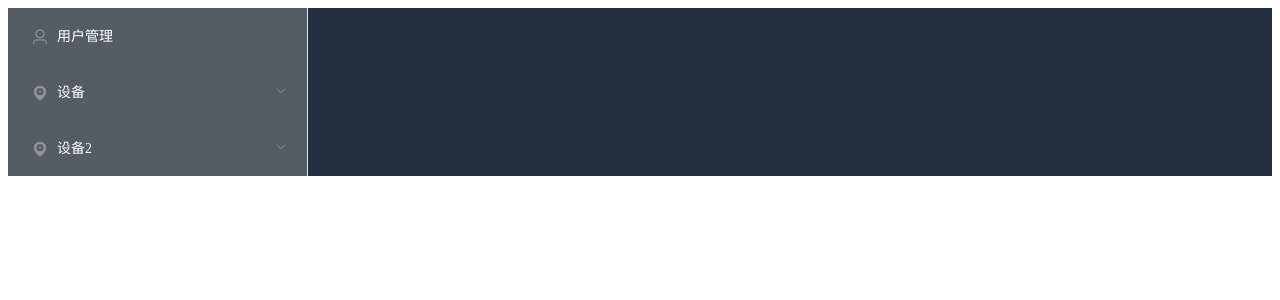
Repository: LtheW/library-management
Page: /
An editor plug-in stored every save of this project. The page is shown before and after the next save, followed by the edit.
The browser window is 1280 px wide. The pictures show the whole page.
The project was rebuilt for these pictures with package versions that can differ from the ones it lists, and the page was loaded fresh each time. Also part of the build but not shown: src/components/HelloWorld.vue, src/views/Home.vue.

Above is the page before, as saved 2022-05-27 15:35:06.

### src/main.js
import Vue from 'vue'
import App from './App.vue'
import router from './router'
import store from './store'
import ElementUI from 'element-ui';
import 'element-ui/lib/theme-chalk/index.css';
Vue.use(ElementUI);

Vue.config.productionTip = false

new Vue({
  router,
  store,
  render: h => h(App)
}).$mount('#app')

### src/App.vue
<template>
  <div id="app">
    <router-view/>
  </div>
</template>

<script>
export default {
  name: 'App'
}
</script>

<style>
body .el-table th.gutter{
    display: table-cell!important;
}

body .el-table colgroup.gutter{
    display: table-cell!important;
}
</style>

### src/router/index.js
import Vue from 'vue'
import VueRouter from 'vue-router'
import Home from '../views/Home.vue'
import Main from '../views/Main.vue'

Vue.use(VueRouter)

const routes = [
  {
    path: '/',
    name: 'Main',
    component: () => import('@/views/Main')
  },
  {
    path: '/about',
    name: 'About',
    // route level code-splitting
    // this generates a separate chunk (about.[hash].js) for this route
    // which is lazy-loaded when the route is visited.
    component: () => import(/* webpackChunkName: "about" */ '../views/About.vue')
  },
  {
    path: '/main',
    name: 'Main',
    component: () => import('@/views/Main')
  },
]

const router = new VueRouter({
  routes
})

export default router

### src/views/Main.vue
<template>
  <el-container style="height: 100%">
    <el-aside>
      <common-aside></common-aside>
    </el-aside>
    <el-container>
      <el-header>
        <common-header></common-header>
      </el-header>
      <el-main>
        <router-view />
      </el-main>
    </el-container>
  </el-container>
</template>

<script>
import CommonHeader from "../components/CommonHeader.vue";
import CommonAside from "../components/CommonAsides.vue";

export default {
  name: "Main",
  components: { "common-aside":CommonAside, CommonHeader },
};
</script>

<style scoped>
.el-header {
  background: #242F42;
}
.el-main {
  padding-top: 20rpx;
  background: #242F42;
}
</style>

### src/components/CommonHeader.vue
<el-page-header @back="goBack" content="详情页面">
</el-page-header>

<script>
  export default {
    methods: {
      goBack() {
        console.log('go back');
      }
    }
  }
</script>

### src/components/CommonAsides.vue
<template>
  <!--collapse 是否水平折叠收起菜单-->
  <el-menu
    :default-active="$route.path"
    router
    unique-opened
    class="el-menu-vertical-demo"
    background-color="#545c64"
    text-color="#fff"
    active-text-color="#ffd04b"
  >
    <!--是否水平折叠收起菜单 会影响这里字段的显示 -->
    <!-- <h3 v-show="isCollapse">偶囧</h3> -->
    <!-- <h3 v-show="!isCollapse">偶囧后台管理系统</h3> -->
    <el-menu-item :index="item.path" v-for="item in noChildren" :key="item.path" @click="clickMenu(item)">
      <i :class="'el-icon-' + item.icon"></i>
      <span slot="title">{{ item.label }}</span>
    </el-menu-item>
    <el-submenu :index="item.label" v-for="(item, index) in hasChildren" :key="index">
      <template slot="title">
        <i :class="'el-icon-' + item.icon"></i>
        <span slot="title">{{ item.label }}</span>
      </template>
      <el-menu-item-group>
        <el-menu-item :index="subItem.path" v-for="(subItem, subIndex) in item.children" :key="subIndex" @click="clickMenu(subItem)">
          <i :class="'el-icon-' + subItem.icon"></i>
          <span slot="title">{{ subItem.label }}</span>
        </el-menu-item>
      </el-menu-item-group>
    </el-submenu>
  </el-menu>
</template>

<script>
export default {
  //计算属性
  computed: {
    //没有子菜单
    noChildren() {
      return this.menu.filter(item => !item.children)
    },
    //有子菜单 (这样设置会有一个问题 就是有子菜单的 永远会在没有子菜单的下面）
    hasChildren() {
      return this.menu.filter(item => item.children)
    },
    // isCollapse() {
    //   // 这里的数据就是从vuex取得
    //   return this.$store.state.tab.isCollapse
    // }
  },
  data() {
    return {
      menu: [
        {
          path: '/user',
          name: 'user',
          label: '用户管理',
          icon: 'user',
        //   url: 'UserManage/UserManage'
        },
        {
          label: '设备',
          icon: 'location',
          children: [
            {
              path: '/equipmentList',
              name: 'equipmentList',
              label: '设备列表',
              icon: 'setting',
              url: 'Other/PageOne'
            },
            {
              path: '/equipmentClass',
              name: 'equipmentClass',
              label: '设备类别',
              icon: 'setting',
              url: 'Other/PageTwo'
            },
             {
              path: '/test',
              name: 'test',
              label: '测试',
              icon: 'setting',
              url: 'Other/PageTwo'
            }
          ]
        },
        {
          label: '设备2',
          icon: 'location',
          children: [
            {
              path: '/page1',
              name: 'page1',
              label: '设备列表',
              icon: 'setting',
              url: 'Other/PageOne'
            },
            {
              path: '/page2',
              name: 'page1',
              label: '设备类别',
              icon: 'setting',
              url: 'Other/PageTwo'
            },
             {
              path: '/page3',
              name: 'page3',
              label: '测试',
              icon: 'setting',
              url: 'Other/PageTwo'
            }
          ]
        }
      ]
    }
  },
  methods: {
    //跳转路由 根据名称跳转
    clickMenu(item) {
      // this.$router.push({ name: item.name })
    }
  }
}
</script>

Loaded but not shown: public/index.html (common file); src/store/index.js (common file)

After the next save:
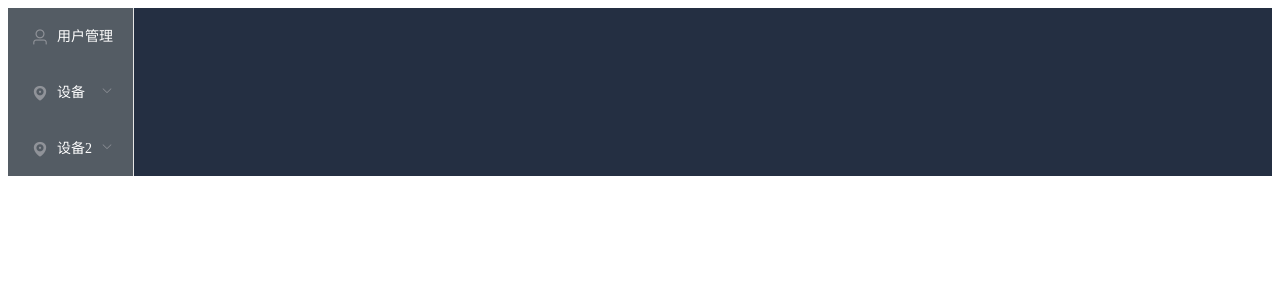
Saved 74 s later.
--- a/src/views/Main.vue
+++ b/src/views/Main.vue
@@ -1,6 +1,6 @@
 <template>
   <el-container style="height: 100%">
-    <el-aside>
+    <el-aside width="auto" height="100%">
       <common-aside></common-aside>
     </el-aside>
     <el-container>
